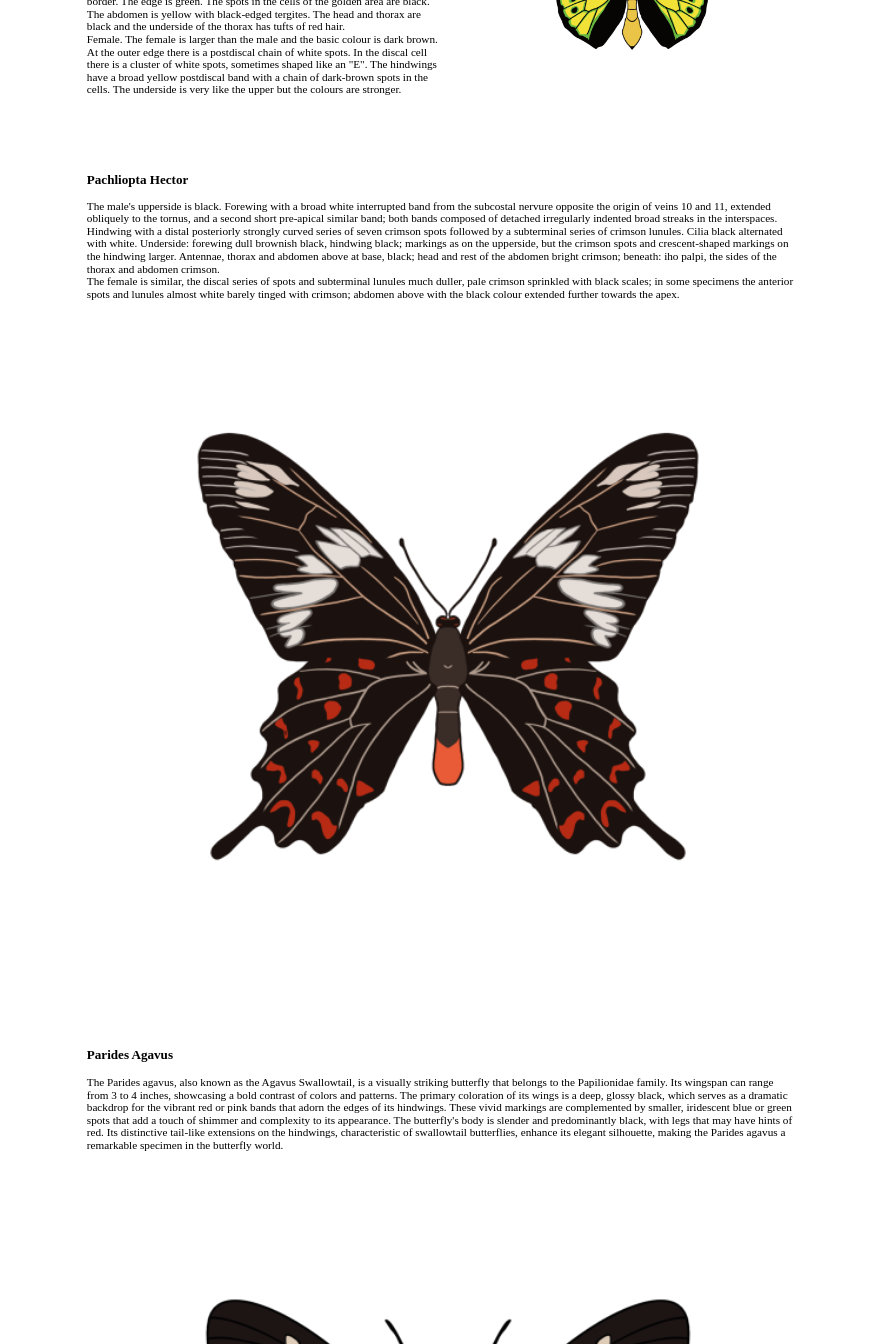
Repository: MeowCeline00/assessment-2
Page: /
An editor plug-in stored every save of this project. The page is shown before and after the next save, followed by the edit.
The browser window is 1280 px wide. The pictures show the part of the page from y = 2738 to 4658 px (the page is 6834 px tall before and 6109 px after), at 70% of full size.
The project was rebuilt for these pictures with package versions that can differ from the ones it lists, and the page was loaded fresh each time. The framework's server and built-in components were replaced by stand-ins that run in the browser. Also part of the build but not shown: next.config.mjs.

Above is the page before, as saved 2024-02-07 23:35:08.

### pages/index.js
import Head from "next/head";
import { useState } from "react";
import styles from "@/styles/Home.module.css";
import Header from "@/Components/Header";
import Footer from "@/Components/Footer";
import Contents from "@/Components/Contents";


export default function Home() {

  // Butterfly Patterns
  const classFilters = {
    //key : value
    1: 'Agrias Aedon Hewitson',
    2: 'Danaus Plexippus',
    4: 'Morpho Peleides',
    8: 'Ornithoptera Goliath',
    16: 'Pachliopta Hector',
    32: 'Parides Agavus',
    64: 'Trogonoptera Trojana'
  }

  const [input, setInput] = useState();
                                    // 3
                                    // 2 & 2 Remainder 1
                                    // 1 & 1 Remainder 0
                                    // 9
                                    // 8 & 8 Remainder 1
                                    // 1 & 1 Remainder 0
  const getClassStyle = flagValue => (input & flagValue) > 0 ? {backgroundColor: 'yellow'} : null;

  return (
    <>
      <Head>
        <title>General View of Butterfly Wing Patterns</title>
        <meta name="description" content="General View of Butterfly Wing Patterns" />
        <meta name="viewport" content="width=device-width, initial-scale=1" />
        <link rel="icon" href="/butt_favicon.ico" />
      </Head>
      <Header />
      <main className={`${styles.main}`}>
       <input
       id="input"
       type="text"
       placeholder='Bitmask Decimal'
       value={input}
       onChange={event => setInput(event.target.value)}
       />
       <table>
        <tbody>
          {
            Object.keys(classFilters).map(item => (
              <tr key={item} style={getClassStyle(item)}>
                <td>{item}</td>
                <td>{classFilters[item]}</td>
              </tr>
            ))
          }
        </tbody>
       </table>
       <Contents />
      </main>
      <Footer />
    </>
  );
}

### styles/globals.css
:root {
    --h1: rgb(15, 64, 162);
    --h2: rgb(203, 165, 27);
    --header-background: #d1d1d1;

}

### styles/Home.module.css
.main {
  display: flex;
  flex-direction: column;
  justify-content: space-between;
  align-items: center;
  padding: 6rem;
  min-height: 20vh;
}

### Components/Header/index.js
import Image from 'next/image';
import styles from './Header.module.css';

export default function Header() {
    return (
        <header className={styles.header}>
            <div className={styles.titleArea}>
                <h1> Colorful Butterflies</h1>
                <h2> A General Peek at Butterfly Wing Patterns</h2>
            </div>
            <div className={styles.logoArea}>
                <img src={"/logo.png"} alt="Butterfly Logo" width={350} />
            </div>
        </header>
    );
}

### Components/Footer/index.js
import styles from './Footer.module.css'


export default function Footer() {

    return(
        <footer className={styles.footer}>
            © Created by Congling
        </footer>
    )
}

### Components/Contents/index.js
import Image from 'next/image';
import styles from './Contents.module.css';

export default function Contents() {
    return (
        <contents className={styles.contents}>
            <div className={styles.projectDescription}>
            <h1>About</h1>
            <p>This project is my personal project, trying to explore different patterns for the wings of butterflies.
                On this occasion, I tried to draw several variety of Butterflies as referred to the original breed, including
               Agrias Aedon Hewitson, Danaus Plexippus, Morpho Peleides, Ornithoptera Goliath, Pachliopta Hector, Parides Agavus,
               and Trogonoptera Trojana.
            </p>
            </div>
            <div className={styles.butterflyPatterns}>
              <div className={styles.butterflyPattern}>
                <div className={styles.butterflyDes}>
                <h3>Agrias Aedon Hewitson</h3>
                <p>The species of the genus Agrias have, variously, very bright red, orange,
                    iridescent blue and yellow colouration contrasting on the black or bluish background of their upperside wing.
                    The underside wings are patterned. They have a robust appearance - broad thorax and short wide abdomen, allowing fast flight.
                    The wingspan is 70 to 120 mm. Males of all Agrias species have prominent yellow tufts of androconial scales on the hindwings.
                    These disperse pheromones for attracting suitable mates.</p>
                </div>
                <div className={styles.butterflyPic}>
                <img src={"/agrias_aedon_hewitson.png"} alt="Agrias Aedon Hewitson" width={200} />
                </div>
                </div>
                <div className={styles.butterflyPattern}>
                <div className={styles.butterflyDes}>
                <h3>Danaus Plexippus</h3>
                <p>Monarch butterflies are well-known for their appearance.
                Adult monarch butterflies possess two pairs of brilliant orange-red wings,
                featuring black veins and white spots along the edges. The males possess distinguishing
                black dots along the veins of their wings. Their orange color alerts predators to stay away.
                <br />
                As caterpillars, Monarchs are striped with yellow, black and white bands.
                Monarch caterpillars have a set of antennae-like tentacles at each end of their body.
                They reach about two inches in length before metamorphosis. The monarch chrysalis,
                where the caterpillar undergoes metamorphosis into the winged adult butterfly,
                is seafoam green with tiny yellow spots along its edge.</p>
                </div>
                <div className={styles.butterflyPic}>
                <img src={"/Danaus_plexippus.png"} alt="Danaus Plexippus" width={200} />
                </div>
                </div>
                <div className={styles.butterflyPattern}>
                <div className={styles.butterflyDes}>
                <h3>Morpho Peleides</h3>
                <p>Morpho peleides is recognized by the iridescent blue coloration on the top side of the wings.
                    Conversely, the undersides of the wings are brown and have a cryptic coloration and pattern.
                    Large eyespots are present on the bottom side of the forewings and hindwings.
                    The number of forewing eyespots on each individual may vary.
                    This coloration serves as protection from predators by making the butterfly somewhat camouflaged in the forest,
                    and the eyespots can startle or intimidate potential predators.
                    They are large butterflies, with adult wingspan measuring 5-8 inches.</p>
                </div>
                <div className={styles.butterflyPic}>
                <img src={"/morpho_peleides.png"} alt="Morpho Peleides" width={200} />
                </div>
                </div>
                <div className={styles.butterflyPattern}>
                <div className={styles.butterflyDes}>
                <h3>Ornithoptera Goliath</h3>
                <p>Ornithoptera goliath has a wingspan up to 11 in. This makes it the world's second largest butterfly.
                    The African giant swallowtail reaches an almost equal wingspan.
                    <br />
                    Male. The Goliath birdwing's forewings are black. The costal edge is green and beyond the medium black bar
                    is a large green triangle which reaches the dorsum but not the black sternum. The underside is greenish yellow and greenish.
                    The veins are black and there is a black border. The outer cells have small black spots.
                    The hindwings are golden with a black edge bordered basally by a thin green line.
                    There are some green spots in the cells of the golden area. The underside is similar to the upperside,
                    but there is no black border. The edge is green. The spots in the cells of the golden area are black.
                    The abdomen is yellow with black-edged tergites. The head and thorax are black and the underside of the
                    thorax has tufts of red hair.
                    <br />
                    Female. The female is larger than the male and the basic colour is dark brown.
                    At the outer edge there is a postdiscal chain of white spots. In the discal cell there is a cluster of white spots,
                    sometimes shaped like an "E". The hindwings have a broad yellow postdiscal band with a chain of dark-brown spots in the cells.
                    The underside is very like the upper but the colours are stronger.</p>
                    </div>
                    <div className={styles.butterflyPic}>
                <img src={"/ornithoptera_goliath.png"} alt="Ornithoptera Goliath" width={200} />
                </div>
                </div>
                <div className={styles.buttfly5}>
                <div className={styles.butterflyDes}>
                <h3>Pachliopta Hector</h3>
                <p>The male's upperside is black. Forewing with a broad white interrupted band from the subcostal nervure
                    opposite the origin of veins 10 and 11, extended obliquely to the tornus, and a second short pre-apical similar band;
                    both bands composed of detached irregularly indented broad streaks in the interspaces.
                    Hindwing with a distal posteriorly strongly curved series of seven crimson spots followed by a subterminal series of
                    crimson lunules. Cilia black alternated with white. Underside: forewing dull brownish black, hindwing black;
                    markings as on the upperside, but the crimson spots and crescent-shaped markings on the hindwing larger.
                    Antennae, thorax and abdomen above at base, black; head and rest of the abdomen bright crimson; beneath:
                    iho palpi, the sides of the thorax and abdomen crimson.
                    <br />
                    The female is similar, the discal series of spots and subterminal lunules much duller,
                    pale crimson sprinkled with black scales; in some specimens the anterior spots and lunules almost white barely
                    tinged with crimson; abdomen above with the black colour extended further towards the apex.
                    </p>
                    </div>
                    <div className={styles.butterflyPic}>
                <img src={"/pachliopta_hector.png"} alt="Pachliopta Hector" width={200} />
                </div>
                </div>
                <div className={styles.buttfly6}>
                <div className={styles.butterflyDes}>
                <h3>Parides Agavus</h3>
                <p>The Parides agavus, also known as the Agavus Swallowtail, is a visually striking butterfly that belongs
                    to the Papilionidae family. Its wingspan can range from 3 to 4 inches, showcasing a bold contrast of colors and patterns.
                    The primary coloration of its wings is a deep, glossy black, which serves as a dramatic backdrop for the vibrant
                    red or pink bands that adorn the edges of its hindwings. These vivid markings are complemented by smaller,
                    iridescent blue or green spots that add a touch of shimmer and complexity to its appearance.
                    The butterfly's body is slender and predominantly black, with legs that may have hints of red.
                    Its distinctive tail-like extensions on the hindwings, characteristic of swallowtail butterflies,
                    enhance its elegant silhouette, making the Parides agavus a remarkable specimen in the butterfly world.</p>
                </div>
                <div className={styles.butterflyPic}>
                <img src={"/parides_agavus.png"} alt="Parides Agavus" width={200} />
                </div>
                </div>
                <div className={styles.buttfly7}>
                <div className={styles.butterflyDes}>
                <h3>Trogonoptera Trojana</h3>
                <p>
                    The Trogonoptera trojana, known as the Rajah Brooke's Birdwing, is an exquisite and large butterfly,
                    hailing from the Birdwing genus that captivates with its sheer size and stunning coloration.
                    Typically, the wingspan of this magnificent creature can stretch up to about 7 inches,
                    making it one of the larger species within the butterfly realm. The male of the species boasts a velvety black color
                    on the upper side of its wings, dramatically offset by an electric green or turquoise hue that forms broad,
                    iridescent bands across the forewings and a series of smaller, similarly colored streaks on the hindwings.
                    This contrast is not only striking but serves as a natural spectacle in the wild. The female, while larger,
                    tends to have a more subdued color palette, with wings that are predominantly brown or black,
                    accented with white or cream-colored spots. The Trogonoptera trojana's body is slender,
                    with the thorax and abdomen often matching the dark hue of the wings, creating a cohesive and sleek appearance.
                    The elegant, yet powerful flight of this butterfly, coupled with its vivid coloration,
                    makes it a breathtaking sight in its natural rainforest habitats</p>
                    </div>
                    <div className={styles.butterflyPic}>
                <img src={"/trogonoptera_trojana.png"} alt="Trogonoptera Trojana" width={200} />
                </div>
                </div>
            </div>
        </contents>
    );
}

### Components/Header/Header.module.css
.header {
    display: flex;
    justify-content: space-between;
    align-items: center;
    padding: 20px;
    background-color: var(--header-background);
}

.titleArea {
    display: flex;
    flex-direction: column;
    padding-left: 20%;
}

.titleArea h1 {
    color: var(--h1);
    font-size: xx-large;
    font-family: Impact, Haettenschweiler, 'Arial Narrow Bold', sans-serif;
}

.titleArea h2 {
    color: var(--h2);
    font-family: 'Franklin Gothic Medium', 'Arial Narrow', Arial, sans-serif;
}

.logoArea {
  display: flex;
  padding-right: 20%;
}

### Components/Footer/Footer.module.css
.footer{
    text-align: center;
    font-weight: bold;
    font-family: Georgia, 'Times New Roman', Times, serif;
    font-size: larger;
    background-color: var(--header-background);
    color: var(--h1);
}

### Components/Contents/Contents.module.css
.contents {
    display: flex;
    flex-direction: column;
    margin: 20px;
}

.projectDescription {
    margin-bottom: 20px;
}

.butterflyPatterns {
    display: flex;
    flex-direction: column;
}

.butterflyPattern {
    display: flex;
    justify-content: space-between;
    align-items: center;
    margin-bottom: 20px;
}

.butterflyDes {
    flex: 1; /* Assigns 50% of the space to the description */
    padding-right: 20px; /* Adds some space between the text and the image */
}

.butterflyPic {
    flex: 1; /* Assigns 50% of the space to the picture */
    display: flex;
    justify-content: flex-start; /* Aligns the image to the start of the flex item */
}

.butterflyPic img {
    width: 100%; /* Full width of the flex item */
    height: auto; /* Keeps the aspect ratio of the image */
}

Loaded but not shown: pages/_app.js (common file); pages/_document.js (common file)

After the next save:
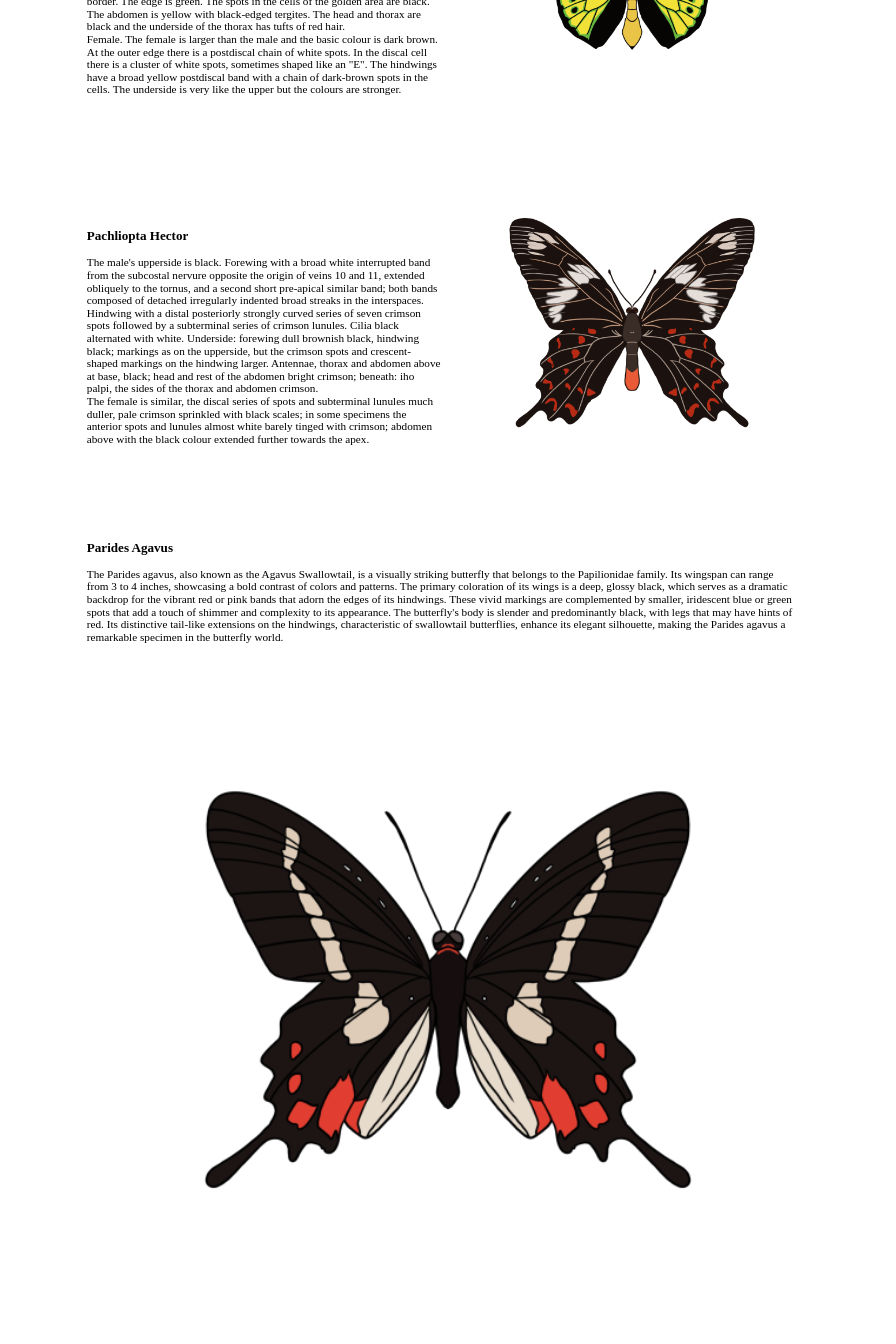
Saved 7 s later.
--- a/Components/Contents/index.js
+++ b/Components/Contents/index.js
@@ -83,7 +83,7 @@ export default function Contents() {
                 <img src={"/ornithoptera_goliath.png"} alt="Ornithoptera Goliath" width={200} />
                 </div>
                 </div>
-                <div className={styles.buttfly5}>
+                <div className={styles.butterflyPattern}>
                 <div className={styles.butterflyDes}>
                 <h3>Pachliopta Hector</h3>
                 <p>The male's upperside is black. Forewing with a broad white interrupted band from the subcostal nervure
